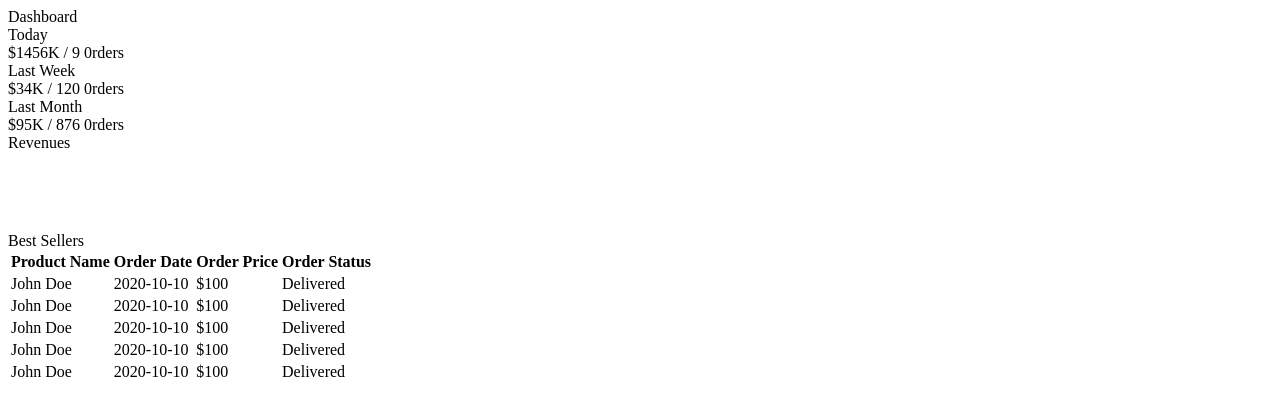
Repository: cjaymoni/FE_Submission02
Page: views/dashboard/dashboard.html
The author's editor kept a copy of each file at every save. The page is drawn from the files as they stood at one save, then again after the next save.
The browser window is 1280 px wide. The pictures show the whole page.

Above is the page before, as saved 2022-09-30 12:45:24.

After the next save:
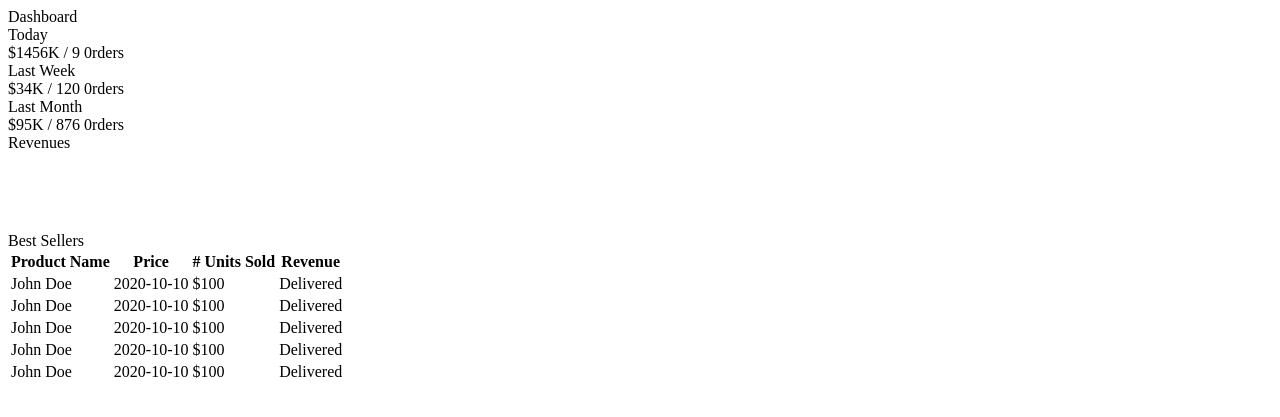
Saved 89 s later.
--- a/views/dashboard/dashboard.html
+++ b/views/dashboard/dashboard.html
@@ -68,9 +68,9 @@
       <thead>
         <tr>
           <th>Product Name</th>
-          <th>Order Date</th>
-          <th>Order Price</th>
-          <th>Order Status</th>
+          <th>Price</th>
+          <th># Units Sold</th>
+          <th>Revenue</th>
         </tr>
       </thead>
       <tbody>
